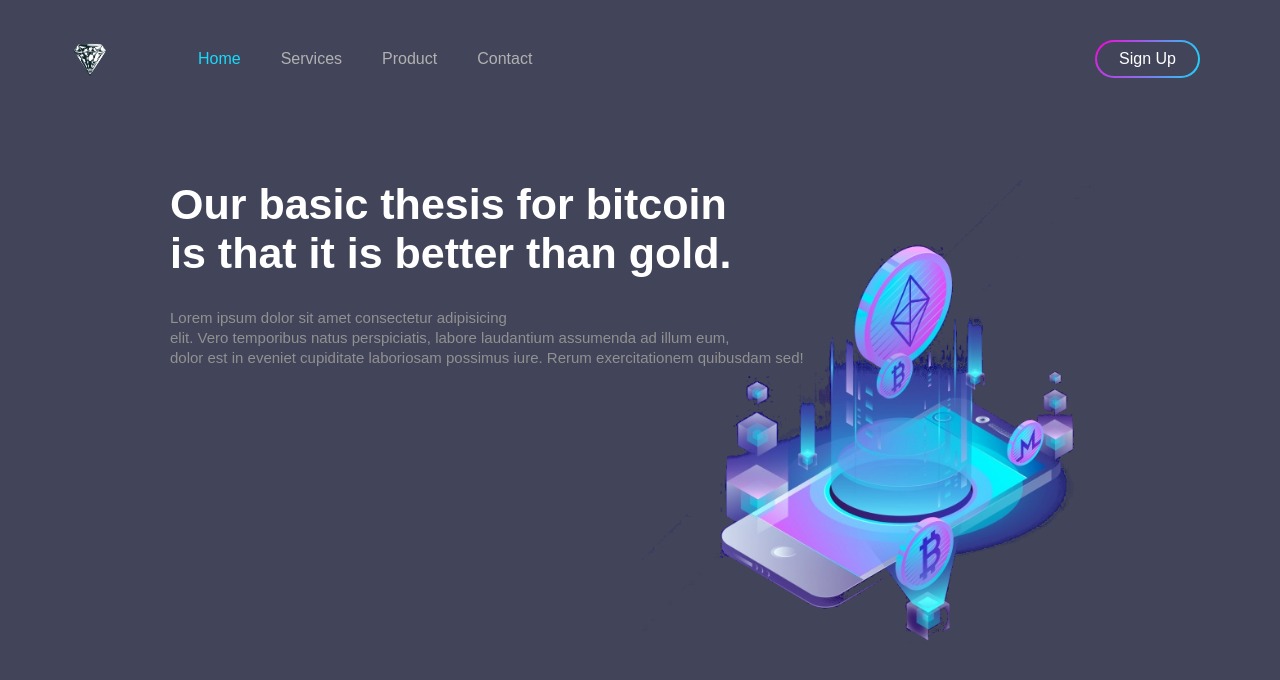
Repository: Aakarshit-Sharma19/Basic-HTML-and-CSS-Page-
Page: index.html
The author's editor kept a copy of each file at every save. The page is drawn from the files as they stood at one save, then again after the next save.
The browser window is 1280 px wide. The pictures show the whole page.

Above is the page before, as saved 2020-11-10 15:34:54.

### index.html
<!DOCTYPE html>
<html lang="en">

<head>
    <title>Crypto Currency Web App - Easy Tutorials</title>
    <link rel="stylesheet" href="style.css">
</head>

<body>
    <div class="container">
        <div class="menu">
            <ul>
                <li class="logo"><img src="1349.png" alt="diamond"></li>
                <li class="active">Home</li>
                <li>Services</li>
                <li>Product</li>
                <li>Contact</li>
                <li><a href="#" class="signup-btn"><span>Sign Up</span></a></li>
            </ul>
        </div>
        <div class="banner">
            <div class="app-text">
                <h1>Our basic thesis for bitcoin <br> is that it is better than gold.</h1>
                <p>Lorem ipsum dolor sit amet consectetur adipisicing <br>elit. Vero temporibus natus perspiciatis,
                    labore
                    laudantium assumenda ad illum eum,<br>  dolor est in eveniet cupiditate laboriosam possimus iure.
                    Rerum
                    exercitationem quibusdam sed!</p>
            </div>
            <div class="app-picture">
                <img src="background.png" alt="">
            </div>
        </div>
    </div>
</body>

</html>

### style.css
* {
    margin: 0;
    padding: 0;
    font-family: sans-serif;
}

body{
    background: #42455a;
}
.container{
    width: 100%;
    height: 100%;
}

.menu ul{
    display: inline-flex;
    margin: 50px;
}

.menu ul li{
    list-style: none;
    margin: 0 20px;
    color: #b2b1b1;
    cursor: pointer;
}

.logo img{
    width: 40px;
    margin-top: -12px;
    margin-right: 48px;
}

.active{
    color: #19dafa!important;
}

.signup-btn{
    top: 40px;
    right: 80px;
    position: absolute;
    text-decoration: none;
    color: #fff;
    border: 2px solid transparent;
    border-radius: 20px;
    background-image: linear-gradient(#42455a, #42455a), radial-gradient(circle at top left, #fd00da, #19d7f8);
    background-origin: border-box;
    background-clip: content-box,border-box;
}

.signup-btn span{
    display: block;
    padding: 8px 22px;
}

.banner{
    width: 80%;
    height: 70%;
    top: 25%;
    left: 130px;
    position: absolute;
    color: #fff;
}

.app-text{
    width: 50%;
    float: left;
}

.app-text h1{
    font-size: 43px;
    width: 640px;
    position: relative;
    margin-left: 40px;
}

.app-text p{
    font-size: 15px;
    width: 650px;
    margin: 30px 0 30px 40px;
    line-height: 20px;
    color: #919191;
}

.app-picture{
    width: 50%;
    float: right;
}

.app-picture img{
    width: 100%;
}

After the next save:
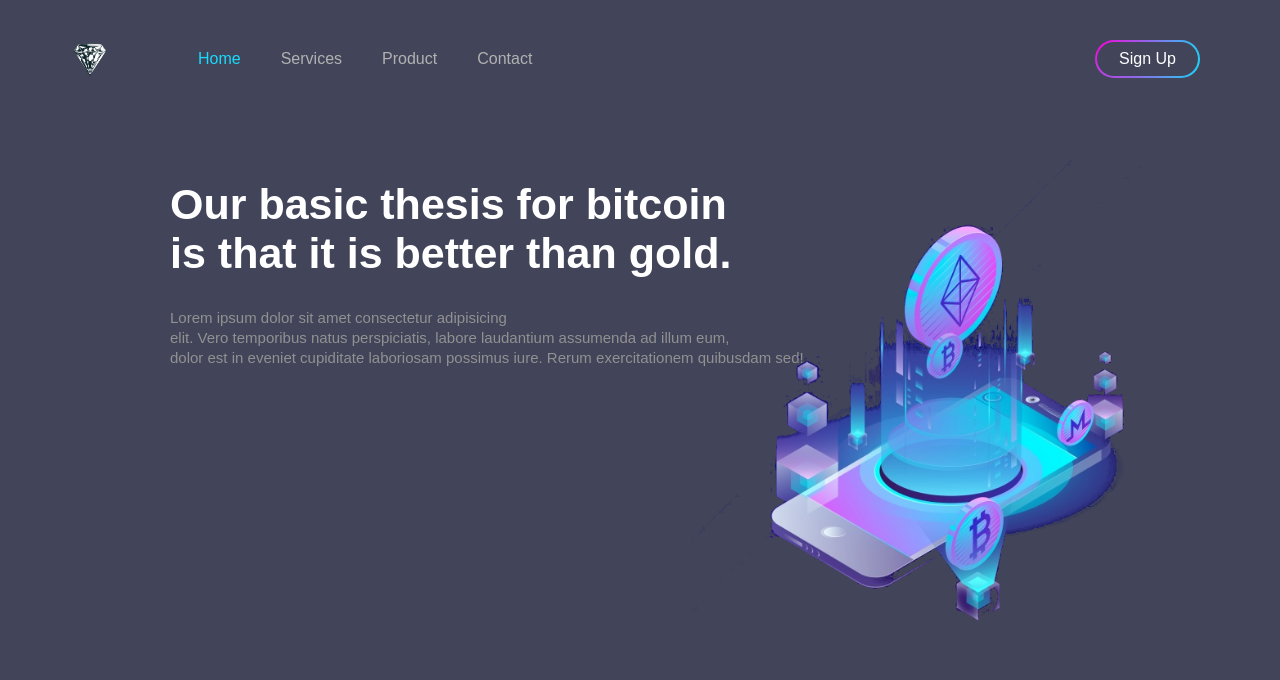
Saved 40 s later.
--- a/style.css
+++ b/style.css
@@ -88,4 +88,6 @@ body{
 
 .app-picture img{
     width: 100%;
+    margin-top: -20px;
+    padding-left: 50px;
 }
